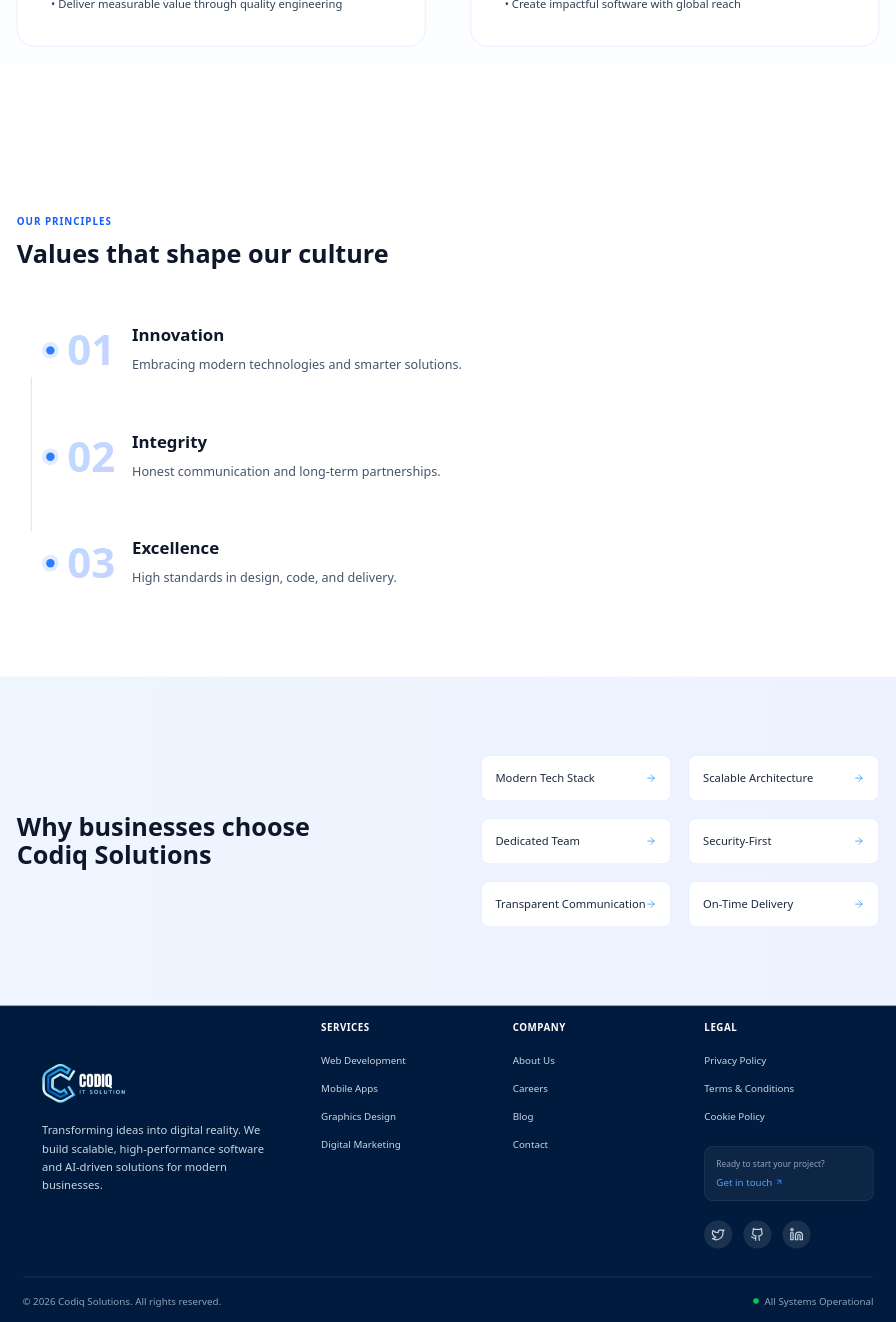
Repository: codiqsolutions/Codiq_Web
Page: /about (app in codiq-main/frontend/)
The author's editor kept a copy of each file at every save. The page is drawn from the files as they stood at one save, then again after the next save.
The browser window is 1280 px wide. The pictures show the part of the page from y = 1562 to 3482 px (the page is 3450 px tall before and 3482 px after), at 70% of full size.
The project was rebuilt for these pictures with package versions that can differ from the ones it lists, and the page was loaded fresh each time. The framework's server and built-in components were replaced by stand-ins that run in the browser. Also part of the build but not shown: codiq-main/frontend/next.config.ts.

Above is the page before, as saved 2026-01-08 15:21:50.

After the next save:
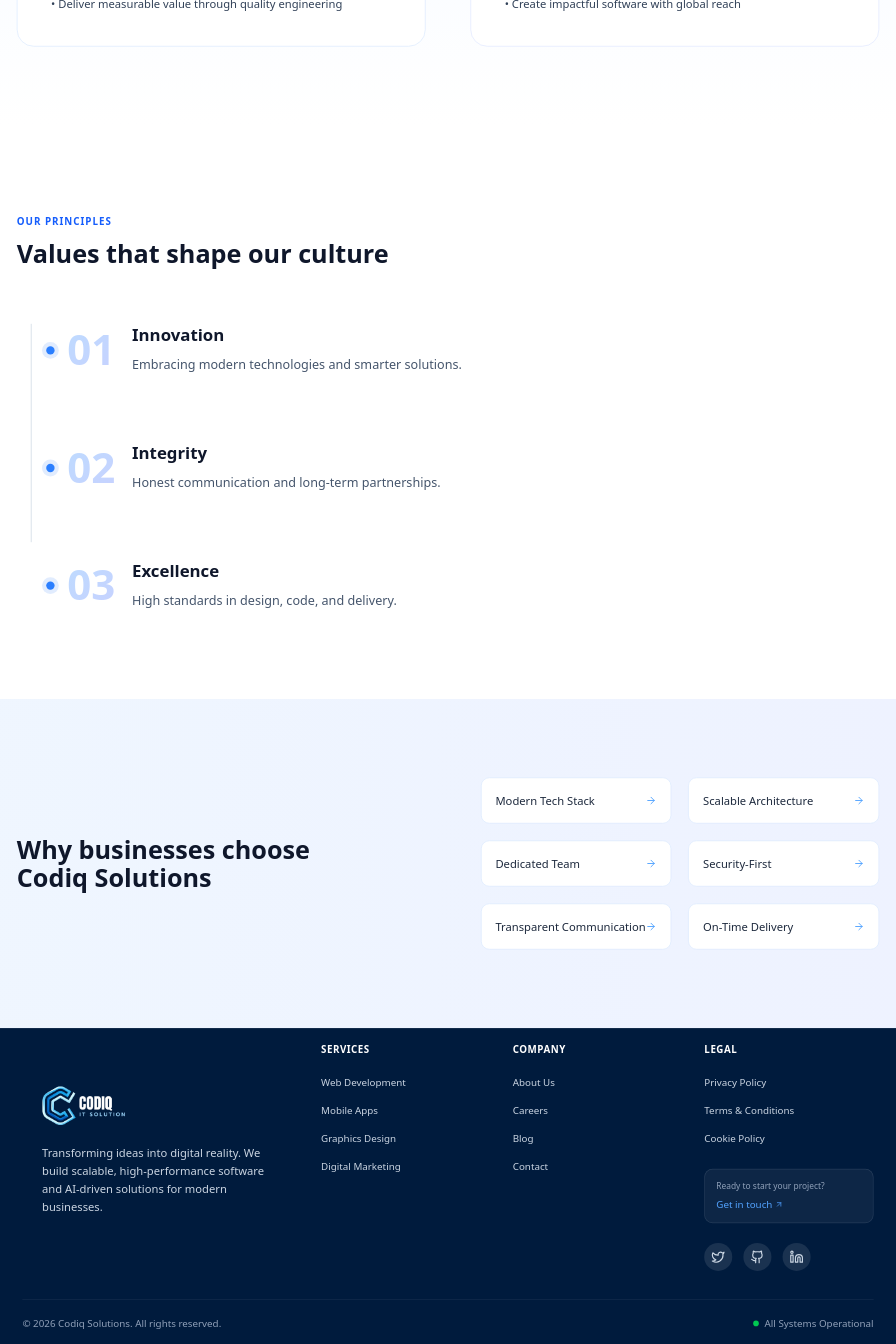
Saved 83 s later.
--- a/codiq-main/frontend/app/about/page.tsx
+++ b/codiq-main/frontend/app/about/page.tsx
@@ -165,9 +165,9 @@
                         </h2>
                     </div>
 
-                    <div className="relative space-y-20 pl-12">
+                    <div className="relative space-y-24 pl-12">
                         {/* Timeline line */}
-                        <div className="absolute left-5 top-19 bottom-0 w-px bg-slate-300" />
+                        <div className="absolute left-5 top-0 bottom-0 w-px bg-slate-300" />
 
                         {[
                             {

After the save that followed:
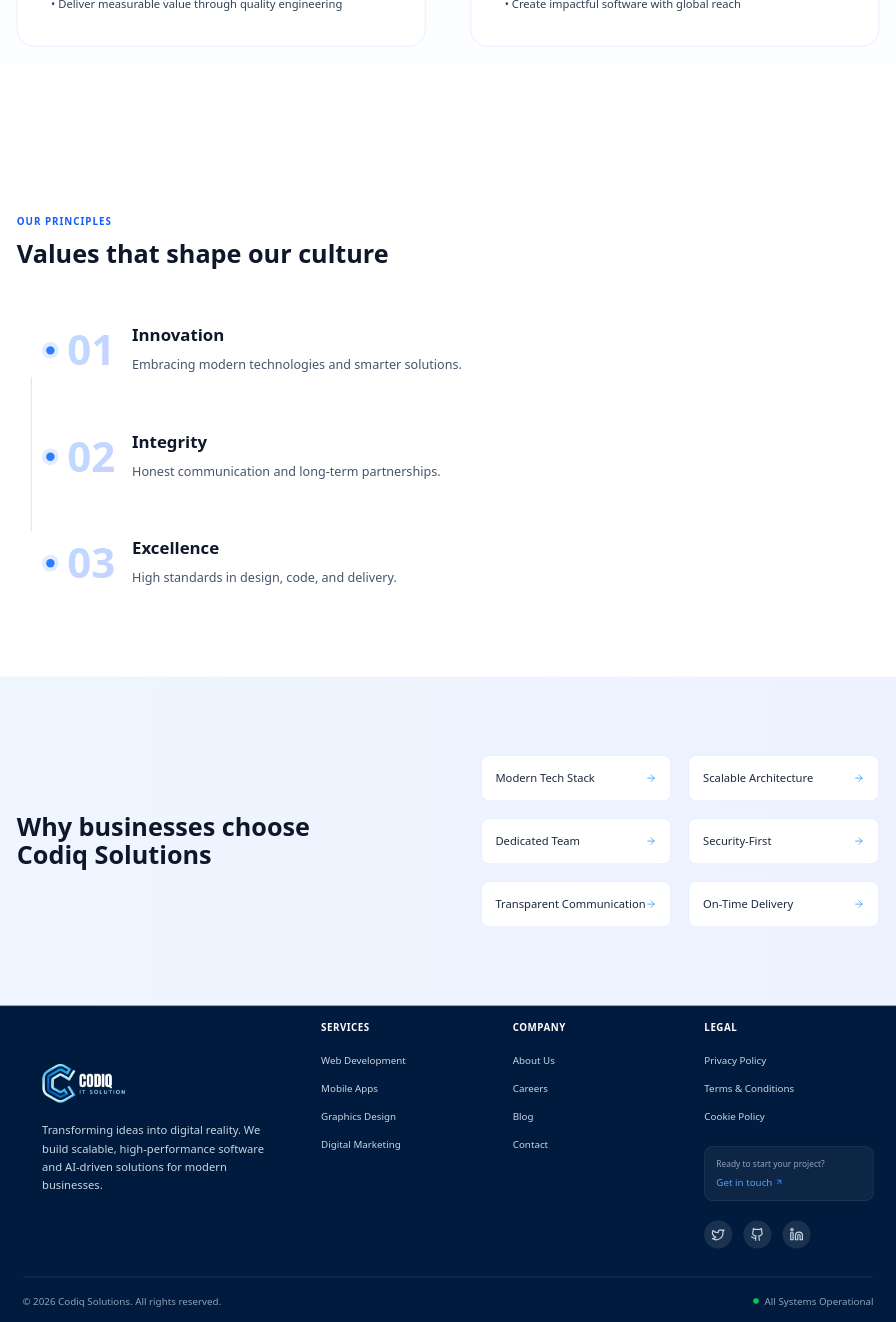
Saved 22 s later.
--- a/codiq-main/frontend/app/about/page.tsx
+++ b/codiq-main/frontend/app/about/page.tsx
@@ -165,9 +165,9 @@
                         </h2>
                     </div>
 
-                    <div className="relative space-y-24 pl-12">
+                    <div className="relative space-y-20 pl-12">
                         {/* Timeline line */}
-                        <div className="absolute left-5 top-0 bottom-0 w-px bg-slate-300" />
+                        <div className="absolute left-5 top-19 bottom-0 w-px bg-slate-300" />
 
                         {[
                             {
